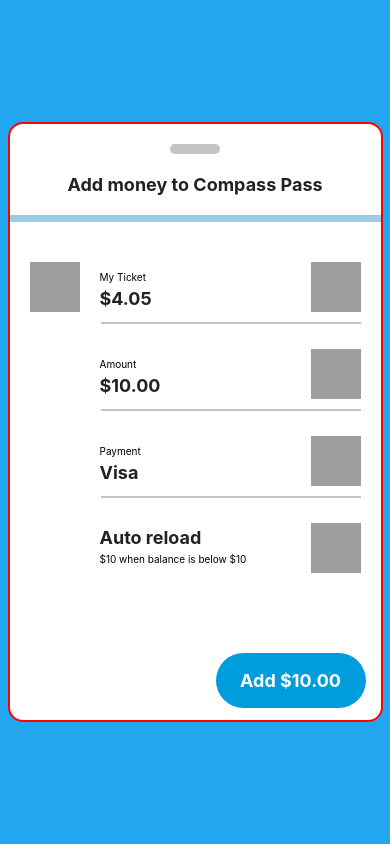
Repository: wilyyy/CompassPlus
Page: /
These files come from the project's save history. The page is drawn as it stood at one moment and after the next save; the edit follows.
The browser window is 390 px wide. The pictures show the whole page.
Pictures or frames that could not be fetched are drawn as grey boxes. The app was drawn by React Native's web renderer in a window 390 px wide. The project was rebuilt for these pictures with package versions that can differ from the ones it lists, and the page was loaded fresh each time. Also part of the build but not shown: constants/styles.js, comps/CompassCardParent/cardManager.js, comps/CompassCardParent/transferFunds.js, comps/LinkCompassCard/index.js, comps/RideCardCont/index.js, storybook/stories/CenterView/style.js, comps/SignUpTransitCard/index.js.

Above is the page before, as saved 2021-10-30 19:59:45.

After the next save:
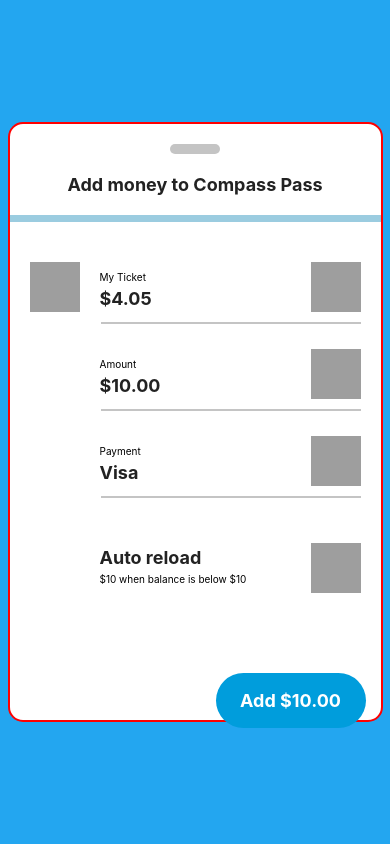
Saved 39 s later.
--- a/comps/CompassCardParent/CardManager/AddFunds/index.js
+++ b/comps/CompassCardParent/CardManager/AddFunds/index.js
@@ -184,7 +184,9 @@
 
             {/* PAYMENT */}
 
-            <SettingCont>
+            <SettingCont
+                style={{ marginTop: 20 }}
+            >
                 <SettingsContLeft>
                     <SmallCardIcon
                         source={{ uri: '#', }}
